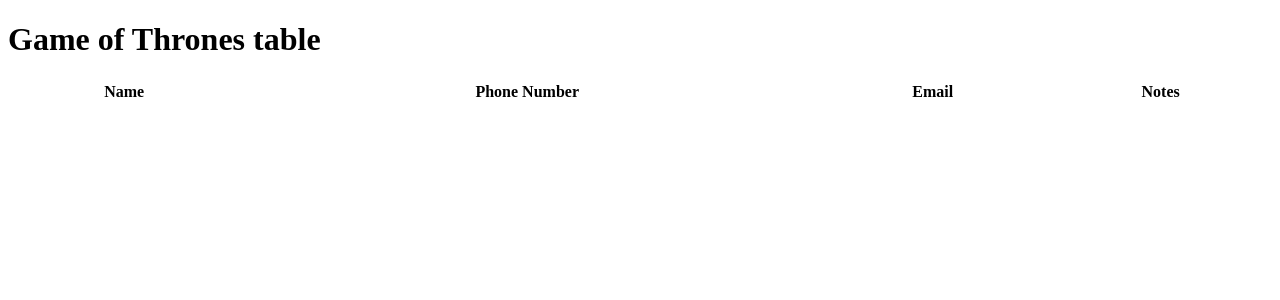
Repository: linas-dev/HTML-CSS-Projects
Page: Basic_HTML_and_CSS/HTML_Table.html
These files come from the project's save history. The page is drawn as it stood at one moment and after the next save; the edit follows.
The browser window is 1280 px wide. The pictures show the whole page.

Above is the page before, as saved 2021-05-30 10:33:46.

After the next save:
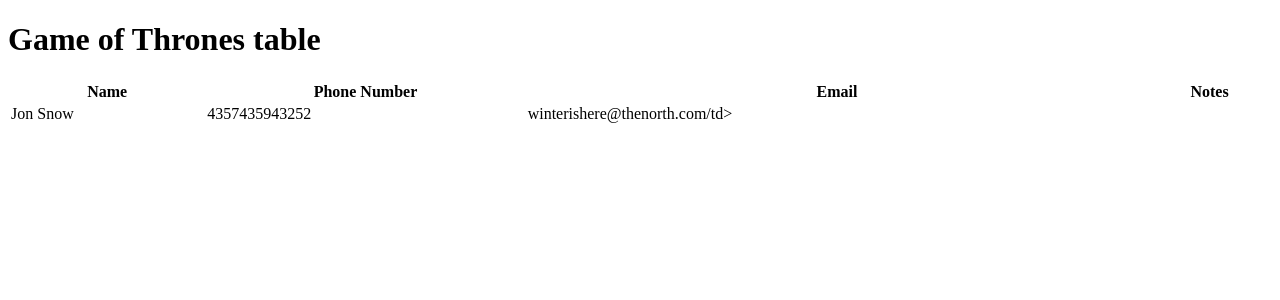
Saved 30 s later.
--- a/Basic_HTML_and_CSS/HTML_Table.html
+++ b/Basic_HTML_and_CSS/HTML_Table.html
@@ -18,9 +18,9 @@
             <th>Notes</th>
         </tr>
         <tr>
-            <td></td>
-            <td></td>
-            <td></td>
+            <td>Jon Snow</td>
+            <td>4357435943252</td>
+            <td>winterishere@thenorth.com/td>
             <td></td>
         </tr>
         <tr>
